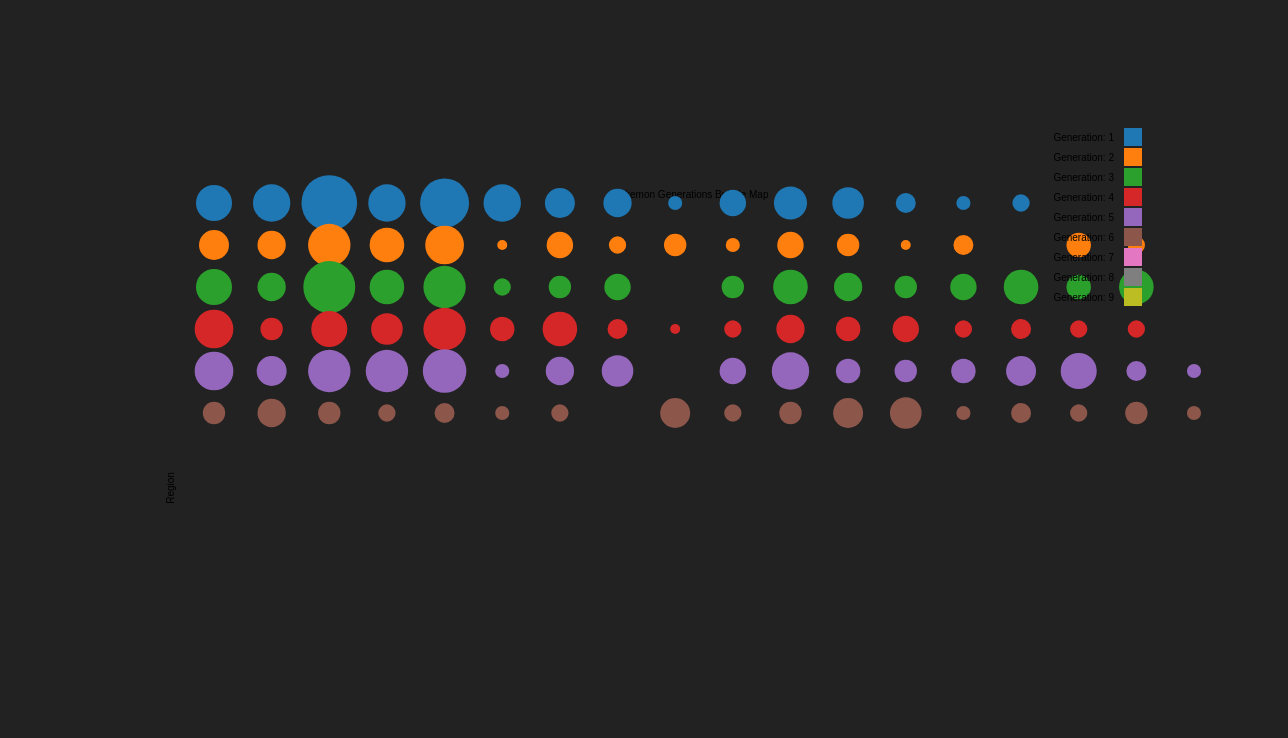
Repository: Cartterr/Proyecto-VisInfo
Page: Propuesta2_Atributos_Burbujas.html
An editor plug-in stored every save of this project. The page is shown before and after the next save, followed by the edit.
The browser window is 1280 px wide. The page is 1288 px wide, so the pictures cover 1288 px, including what lies to the right of the window. The pictures show the whole page.

Above is the page before, as saved 2023-06-21 04:08:03.

### Propuesta2_Atributos_Burbujas.html
<!DOCTYPE html>
<html>
<head>
    <meta charset="utf-8">
    <title>Pokemon Analysis</title>
    <link rel="stylesheet" href="Propuesta2_Atributos_Burbujas.css">
</head>
<body>
    <div id="chart"></div>
    <script src="https://d3js.org/d3.v5.min.js"></script>
    <script src="Propuesta2_Atributos_Burbujas.js"></script>
</body>
</html>

### Propuesta2_Atributos_Burbujas.css
body {
    font: 10px sans-serif;
    background-color: #222;
    color: #fff;
}

.dot {
    stroke: #000;
}

.axis text {
    fill: #fff;
}

.axis path,
.axis line {
    fill: none;
    stroke: #fff;
    shape-rendering: crispEdges;
}

### Propuesta2_Atributos_Burbujas.js
// script.js

Promise.all([
    d3.csv("pokemon.csv"),
    d3.csv("generacion_region.csv")
]).then(([pokemonData, regionData]) => {
    // Parse numeric attributes
    pokemonData.forEach(d => {
        d["#"] = +d["#"];
        d.Total = +d.Total;
        d.HP = +d.HP;
        d.Attack = +d.Attack;
        d.Defense = +d.Defense;
        d["Sp. Atk"] = +d["Sp. Atk"];
        d["Sp. Def"] = +d["Sp. Def"];
        d.Speed = +d.Speed;
        d.Generation = +d.Generation;
    });

    regionData.forEach(d => {
        d.Generation = +d.Generation;
        d["Number of Pokémon"] = +d["Number of Pokémon"];
    });

    // Aggregate data by type and generation
    let statsPerTypeAndGeneration = d3.nest()
        .key(d => d.Generation)
        .key(d => d["Type 1"])
        .rollup(v => v.length)
        .entries(pokemonData);

    // Flatten the nested data and add the region information
    let data = [];
    statsPerTypeAndGeneration.forEach(gen => {
        let region = regionData.find(d => d.Generation == gen.key).Region;
        gen.values.forEach(type => {
            data.push({
                Generation: +gen.key,
                Type: type.key,
                Count: type.value,
                Region: region
            });
        });
    });

    // Define the scale for the coordinates and color
    let xCoord = d3.scalePoint()
        .domain(data.map(d => d.Type))
        .range([150, window.innerWidth - 150]);

    let yCoord = d3.scalePoint()
        .domain(data.map(d => d.Region))
        .range([150, window.innerHeight - 150]);

    let color = d3.scaleOrdinal(d3.schemeCategory10);

    let svg = d3.select("#chart").append("svg")
        .attr("width", window.innerWidth)
        .attr("height", window.innerHeight)
        .append("g")
        .attr("transform", "translate(" + window.innerWidth / 5 + "," + window.innerHeight / 6 + ")");

    svg.append("text")
        .attr("x", (window.innerWidth / 3))
        .attr("y", 70)
        .attr("class", "title")
        .style("text-anchor", "middle")
        .text("Pokemon Generations Bubble Map");

    let bubbles = svg.selectAll("circle")
        .data(data)
        .enter()
        .append("circle")
        .attr("cx", d => xCoord(d.Type) - 200)
        .attr("cy", d => yCoord(d.Region)/2)
        .attr("r", d => Math.sqrt(d.Count) * 5) // Adjust the radius factor
        .style("fill", d => color(d.Generation));

    bubbles.append("title")
        .text(d => `Region: ${d.Region}\nType: ${d.Type}\nGeneration: ${d.Generation}\nCount: ${d.Count}`);

    let legend = svg.selectAll(".legend")
        .data(regionData)
        .enter().append("g")
        .attr("class", "legend")
        .attr("transform", (d, i) => "translate(0," + i * 20 + ")");

    legend.append("rect")
        .attr("x", window.innerWidth - 420)
        .attr("width", 18)
        .attr("height", 18)
        .style("fill", d => color(d.Generation));

    legend.append("text")
        .attr("x", window.innerWidth - 430)
        .attr("y", 9)
        .attr("dy", ".35em")
        .style("text-anchor", "end")
        .text(d => `Generation: ${d.Generation}`);

    svg.append("text")
        .attr("transform", "rotate(-90)")
        .attr("y", -100)
        .attr("x", -((window.innerHeight / 2)))
        .attr("dy", "1em")
        .style("text-anchor", "middle")
        .text("Region");

    svg.append("text")
        .attr("transform", "translate(" + ((window.innerWidth / 2)) + " ," + (window.innerHeight - 50) + ")")
        .style("text-anchor", "middle")
        .text("Type");
}).catch(error => {
    console.log(error);
});

After the next save:
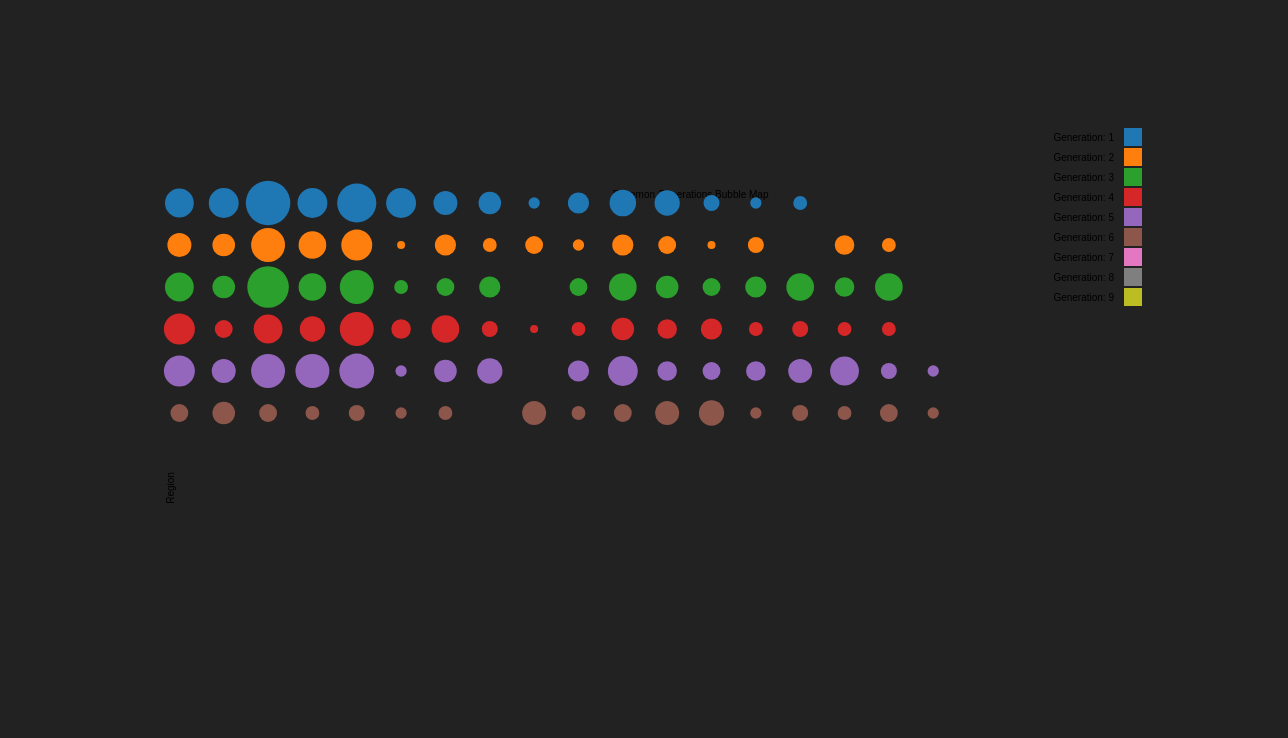
Saved 56 s later.
--- a/Propuesta2_Atributos_Burbujas.js
+++ b/Propuesta2_Atributos_Burbujas.js
@@ -71,9 +71,9 @@ Promise.all([
         .data(data)
         .enter()
         .append("circle")
-        .attr("cx", d => xCoord(d.Type) - 200)
+        .attr("cx", d => xCoord(d.Type)/1.3 - 200)
         .attr("cy", d => yCoord(d.Region)/2)
-        .attr("r", d => Math.sqrt(d.Count) * 5) // Adjust the radius factor
+        .attr("r", d => Math.sqrt(d.Count) * 4) // Adjust the radius factor
         .style("fill", d => color(d.Generation));
 
     bubbles.append("title")
